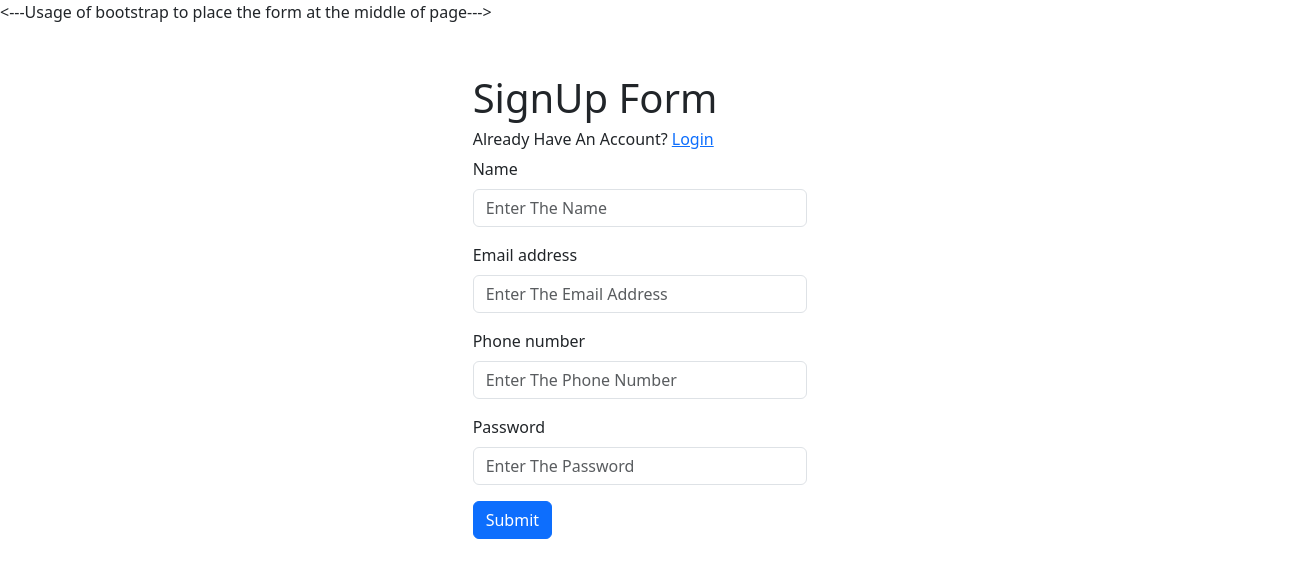
Repository: Manojs14/StudentManagementSystem
Page: http://localhost/Crud_form/
The author's editor kept a copy of each file at every save. The page is drawn from the files as they stood at one save, then again after the next save.
The browser window is 1280 px wide. The page is 1292 px wide, so the pictures cover 1292 px, including what lies to the right of the window. The pictures show the whole page.
The page is served by Tomcat 9. Nobody is signed in. The application's start-up code is not run. Other server files are loaded and not shown.

Above is the page before, as saved 2024-07-10 08:04:22.

### Crud_form/src/main/webapp/index.jsp
<%@ page language="java" contentType="text/html; charset=UTF-8"
    pageEncoding="UTF-8"%>
<!DOCTYPE html>
<html>
<head>
<meta charset="UTF-8">
<title>The Signup</title>
<link href="https://cdn.jsdelivr.net/npm/bootstrap@5.3.2/dist/css/bootstrap.min.css" rel="stylesheet" integrity="sha384-T3c6CoIi6uLrA9TneNEoa7RxnatzjcDSCmG1MXxSR1GAsXEV/Dwwykc2MPK8M2HN" crossorigin="anonymous">
</head>
<body>


<---Usage of bootstrap to place the form at the middle of page--->
 <div class="row">
    <div class="col-4">
    <h1></h1>
    </div>
    <div class="col-4" style="padding:50px">
    <h1>SignUp Form</h1>
    <h6>Already Have An Account? <a href="login.jsp">Login</a></h6>
     <form action="signuphandler.jsp" method="post">
  <div class="mb-3">
    <label for="username" class="form-label">Name </label>
    <input type="text" class="form-control" id="name1" name="name" aria-describedby="text" placeholder="Enter The Name" required>
  </div>
   <div class="mb-3">
    <label for="exampleInputEmail1" class="form-label">Email address</label>
    <input type="email" class="form-control" name="email" required id="email1" aria-describedby="emailHelp" placeholder="Enter The Email Address" required>
  </div>
  <div class="mb-3">
    <label for="number" class="form-label">Phone number</label>
    <input type="number" class="form-control" name="pnum" required id="pnum1" placeholder="Enter The Phone Number" required>
  </div>
  <div class="mb-3">
    <label for="exampleInputPassword1" class="form-label">Password</label>
    <input type="password" class="form-control" required name= "password" id="password1" placeholder ="Enter The Password" required>
  </div>

  <button type="submit" class="btn btn-primary">Submit</button>
</form>
</div>
<div class="col-4" >

 <script src="https://cdn.jsdelivr.net/npm/@popperjs/core@2.11.8/dist/umd/popper.min.js" integrity="sha384-I7E8VVD/ismYTF4hNIPjVp/Zjvgyol6VFvRkX/vR+Vc4jQkC+hVqc2pM8ODewa9r" crossorigin="anonymous"></script>
<script src="https://cdn.jsdelivr.net/npm/bootstrap@5.3.2/dist/js/bootstrap.min.js" integrity="sha384-BBtl+eGJRgqQAUMxJ7pMwbEyER4l1g+O15P+16Ep7Q9Q+zqX6gSbd85u4mG4QzX+" crossorigin="anonymous"></script>

</body>

After the next save:
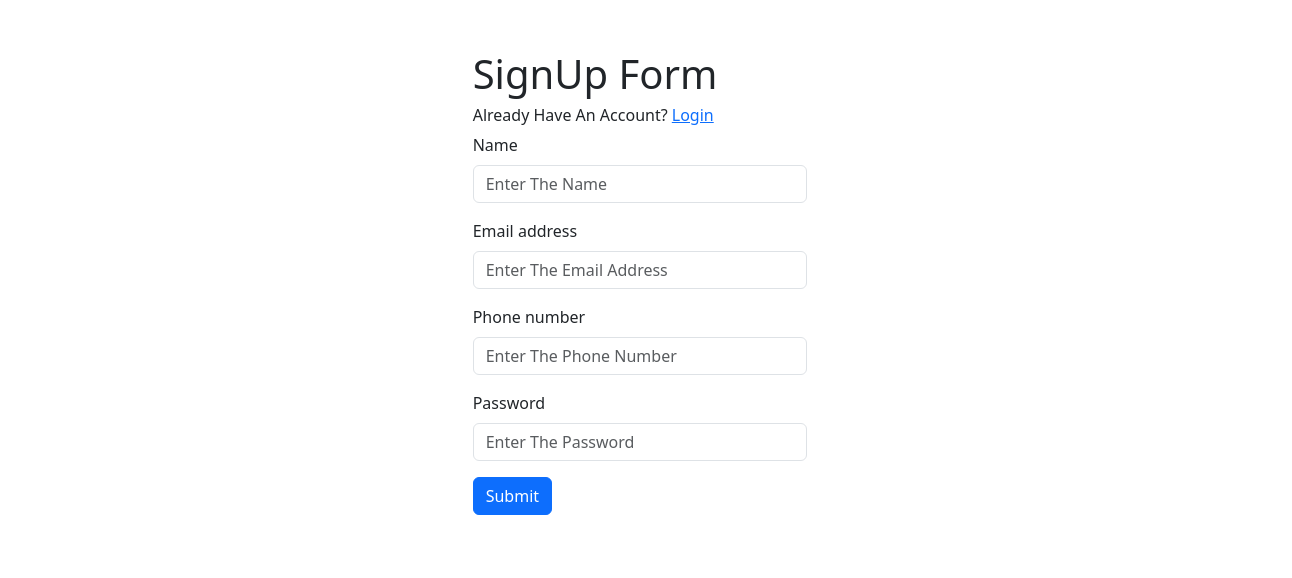
Saved 116 s later.
--- a/Crud_form/src/main/webapp/index.jsp
+++ b/Crud_form/src/main/webapp/index.jsp
@@ -10,8 +10,8 @@
 <body>
 
 
-<---Usage of bootstrap to place the form at the middle of page--->
- <div class="row">
+<!-- Usage of bootstrap to place the form at the middle of page-->
+<div class="row">
     <div class="col-4">
     <h1></h1>
     </div>
